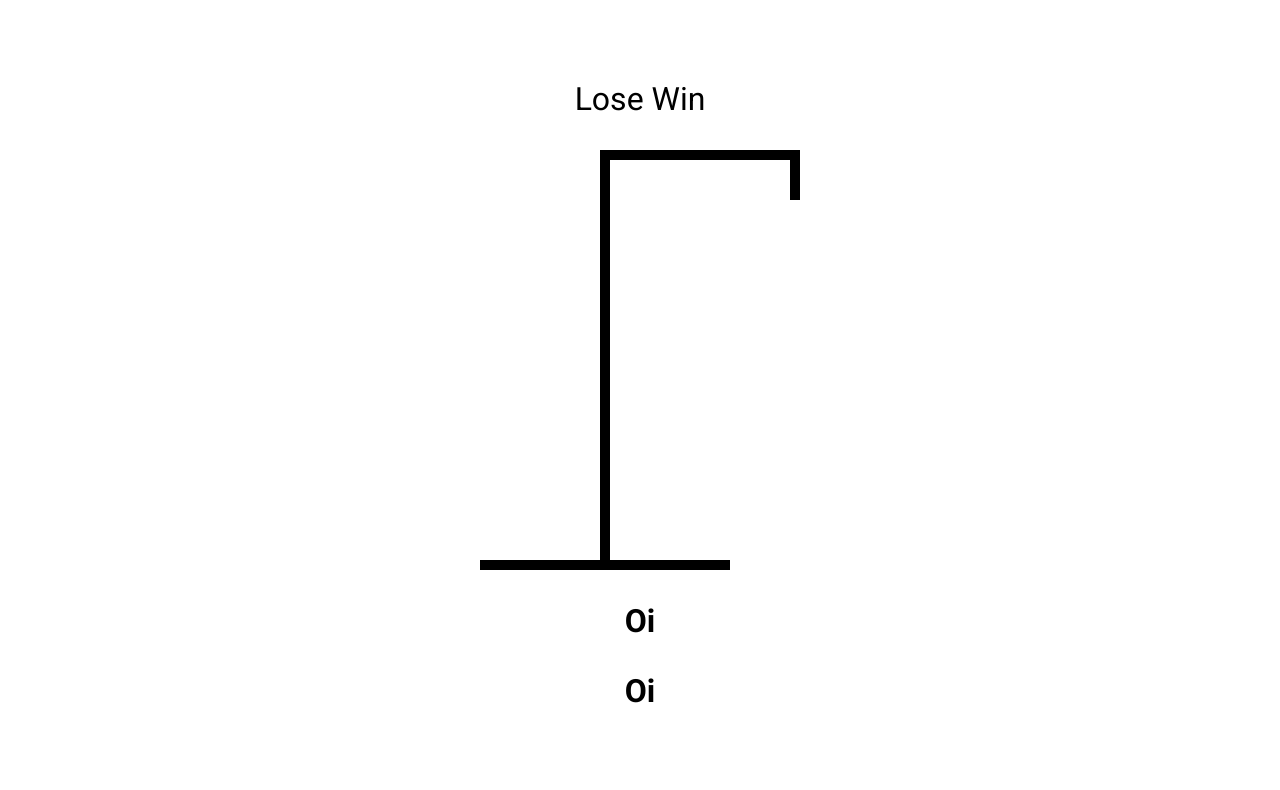
Repository: guilhermecardoso93/jogodaforca
Page: /
These files come from the project's save history. The page is drawn as it stood at one moment and after the next save; the edit follows.
The browser window is 1280 px wide. The pictures show the whole page.
The project was rebuilt for these pictures with package versions that can differ from the ones it lists, and the page was loaded fresh each time. Also part of the build but not shown: vite.config.ts.

Above is the page before, as saved 2022-12-06 20:57:53.

After the next save:
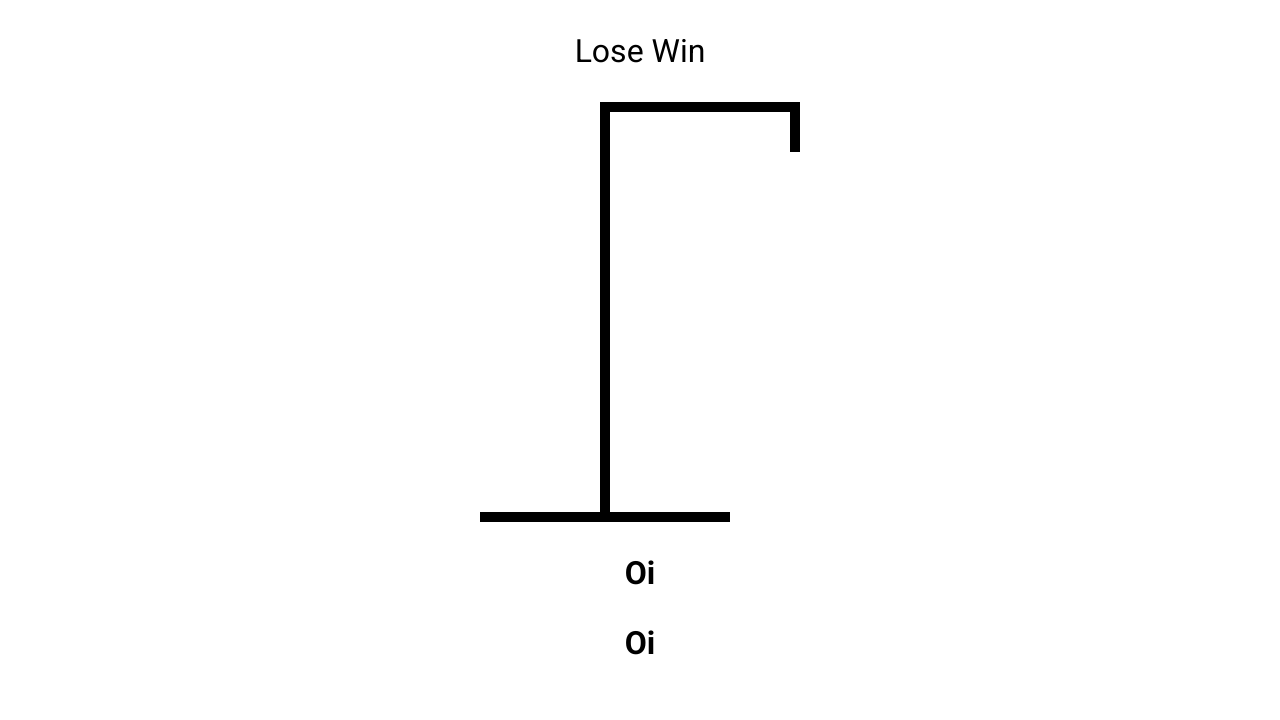
Saved 4 s later.
--- a/src/App.css
+++ b/src/App.css
@@ -6,7 +6,7 @@
 }
 
 body {
-  margin: 5rem;
+  margin: 2rem;
 }
 .container {
   max-width: 800px;
